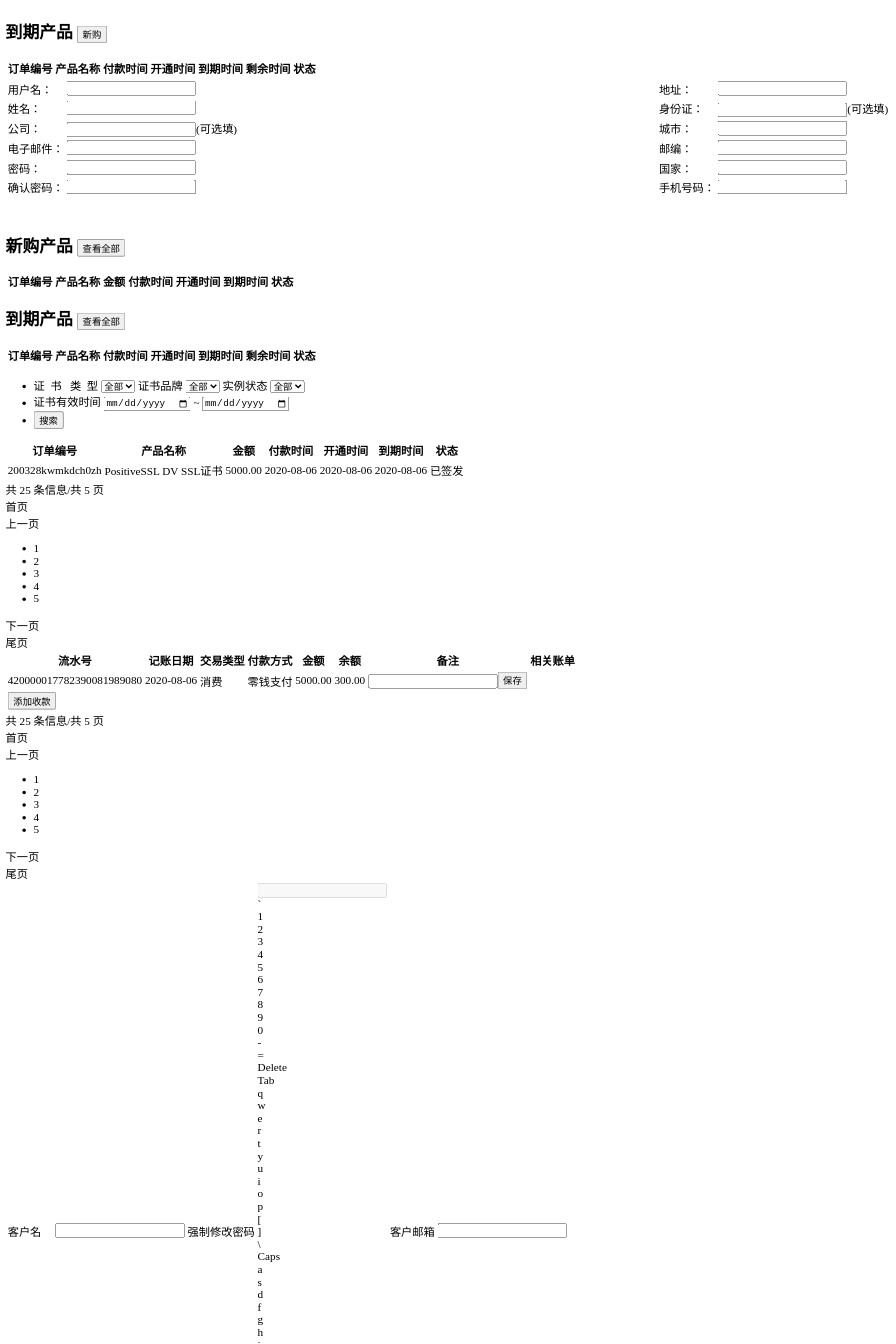
Repository: wangyan466393/racentSystem
Page: customerData.html
These files come from the project's save history. The page is drawn as it stood at one moment and after the next save; the edit follows.
The browser window is 1280 px wide. The pictures show the part of the page from y = 1111 to 3031 px (the page is 3482 px tall), at 70% of full size.

Above is the page before, as saved 2020-08-13 17:35:17.

After the next save:
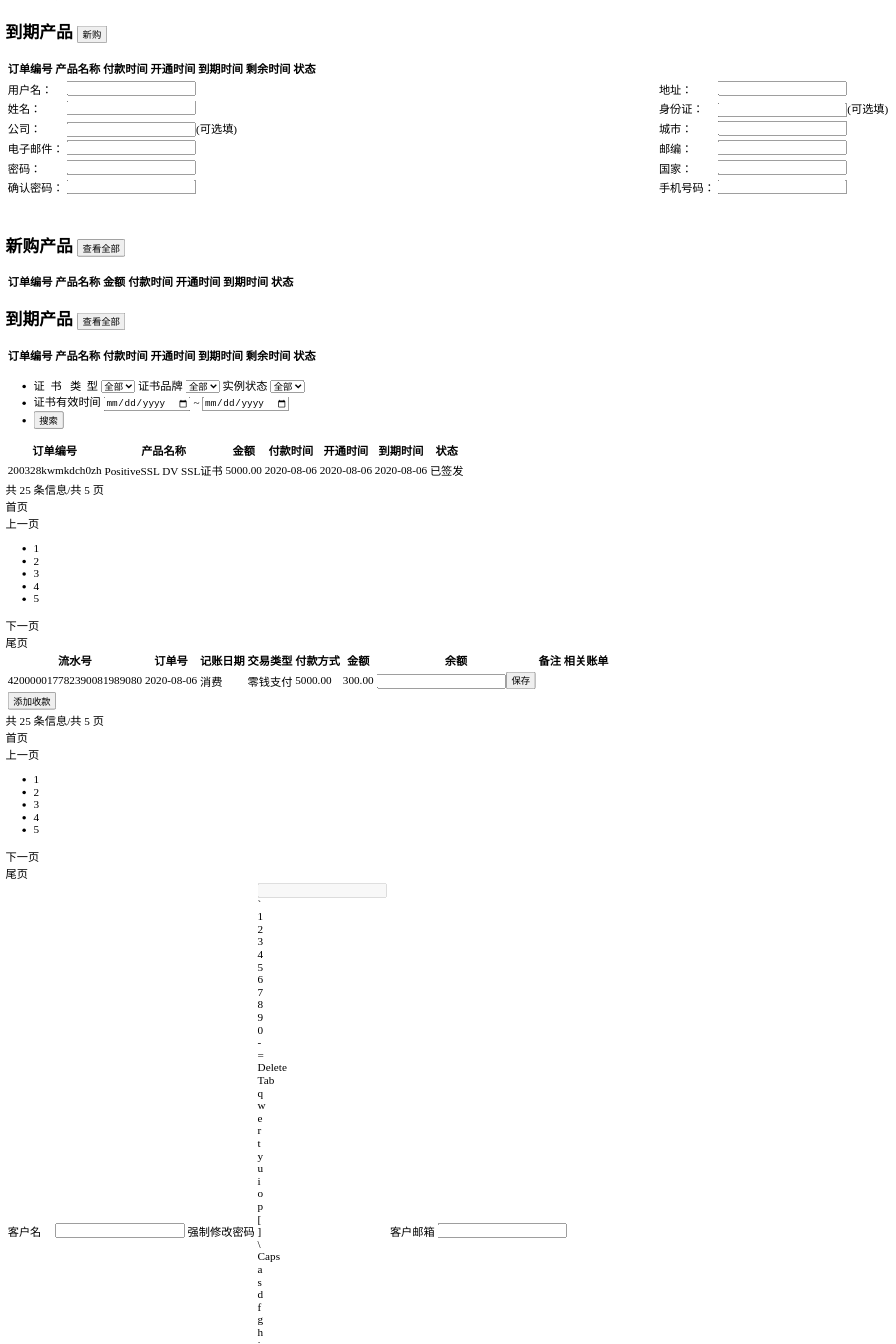
Saved 91 s later.
--- a/customerData.html
+++ b/customerData.html
@@ -374,6 +374,7 @@
                     <thead>
                         <tr>
                             <th>流水号</th>
+                            <th>订单号</th>
                             <th>记账日期</th>
                             <th>交易类型</th>
                             <th>付款方式</th>
